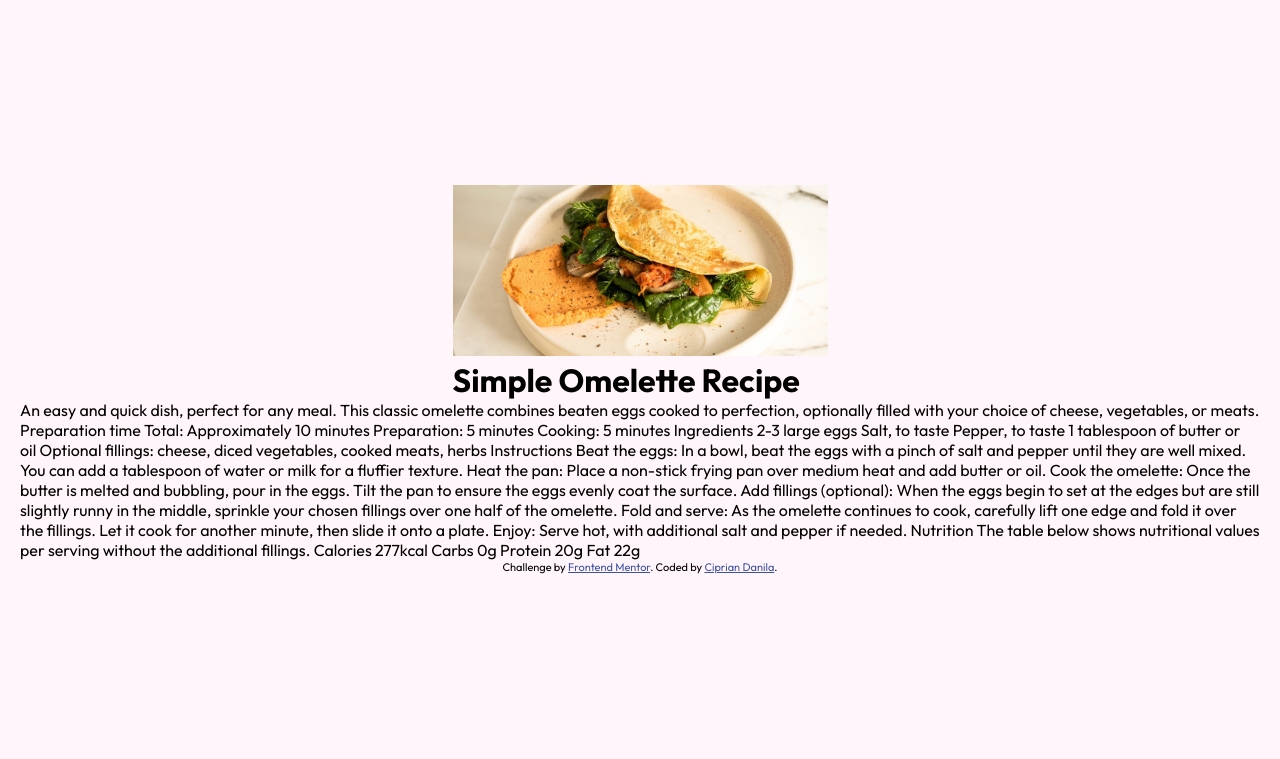
Repository: cipdanila/recipe-page
Page: index.html
An editor plug-in stored every save of this project. The page is shown before and after the next save, followed by the edit.
The browser window is 1280 px wide. The pictures show the whole page.

Above is the page before, as saved 2024-01-21 14:31:36.

### index.html
<!DOCTYPE html>
<html lang="en">
<head>
  <meta charset="UTF-8">
  <meta name="viewport" content="width=device-width, initial-scale=1.0"> <!-- displays site properly based on user's device -->

  <link rel="icon" type="image/png" sizes="32x32" href="./assets/images/favicon-32x32.png">
  <link rel="stylesheet" href="styles.css">

  <title>Frontend Mentor | Recipe page</title>

</head>
<body>
  <main>
    <div class="container">
      <img src="./assets/images//image-omelette.jpeg" alt="image-omlette">
      <h1>
        Simple Omelette Recipe
      </h1>
    </div>
  </main>

  An easy and quick dish, perfect for any meal. This classic omelette combines beaten eggs cooked
  to perfection, optionally filled with your choice of cheese, vegetables, or meats.

  Preparation time

  Total: Approximately 10 minutes
  Preparation: 5 minutes
  Cooking: 5 minutes

  Ingredients

  2-3 large eggs
  Salt, to taste
  Pepper, to taste
  1 tablespoon of butter or oil
  Optional fillings: cheese, diced vegetables, cooked meats, herbs

  Instructions

  Beat the eggs: In a bowl, beat the eggs with a pinch of salt and pepper until they are well mixed.
  You can add a tablespoon of water or milk for a fluffier texture.

  Heat the pan: Place a non-stick frying pan over medium heat and add butter or oil.

  Cook the omelette: Once the butter is melted and bubbling, pour in the eggs. Tilt the pan to ensure
  the eggs evenly coat the surface.

  Add fillings (optional): When the eggs begin to set at the edges but are still slightly runny in the
  middle, sprinkle your chosen fillings over one half of the omelette.

  Fold and serve: As the omelette continues to cook, carefully lift one edge and fold it over the
  fillings. Let it cook for another minute, then slide it onto a plate.

  Enjoy: Serve hot, with additional salt and pepper if needed.

  Nutrition

  The table below shows nutritional values per serving without the additional fillings.

  Calories
  277kcal

  Carbs
  0g

  Protein
  20g

  Fat
  22g
  <footer>
    <div class="attribution">
      Challenge by <a href="https://www.frontendmentor.io?ref=challenge" target="_blank" rel="noopener">Frontend Mentor</a>.
      Coded by <a href="https://github.com/cipdanila" target="_blank" rel="noopener noreferrer">Ciprian Danila</a>.
    </div>
  </footer>
</body>
</html>

### styles.css
@import url("https://fonts.googleapis.com/css2?family=Outfit:wght@400;600;700&family=Young+Serif&display=swap");

* {
    margin: 0;
    padding: 0;
    box-sizing: border-box;
}

:root {
    /* Primary Colors */
    --nutmeg: hsl(14, 45%, 36%);
    --dark-raspberry: hsl(332, 51%, 32%);
    /* Neutral Colors */
    --white: hsl(0, 0%, 100%);
    --rose-white: hsl(330, 100%, 98%);
    --eggshell: hsl(30, 54%, 90%);
    --light-grey: hsl(30, 18%, 87%);
    --wenge-brown: hsl(30, 10%, 34%);
    --dark-charcoal: hsl(24, 5%, 18%);
}

body {
    font-family: "Outfit", sans-serif;
    font-size: 16px;
    background-color: var(--rose-white);
    display: flex;
    flex-direction: column;
    align-items: center;
    justify-content: center;
    height: calc(100vh - 1px);
    margin: 1.25rem;
}

img {
    max-width: 100%;
}

.attribution {
    font-size: 11px;
    text-align: center;
}

.attribution a {
    color: hsl(228, 45%, 44%);
}

@media (min-width: 375px) {
    .container {
        width: 375px;
    }
}

After the next save:
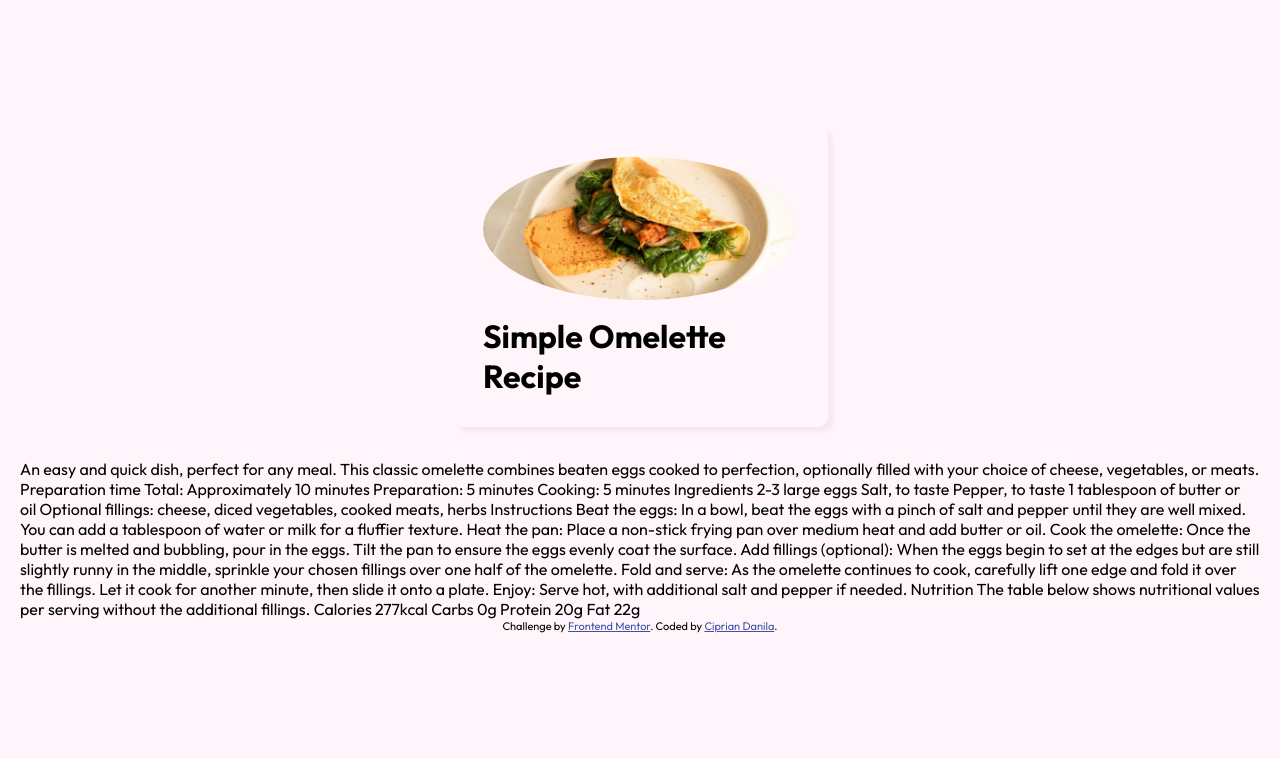
Saved 66 s later.
--- a/styles.css
+++ b/styles.css
@@ -35,6 +35,22 @@
     max-width: 100%;
 }
 
+.container {
+    background-color: var(--dark-grey);
+    padding: 1.90rem;
+    border-radius: 0.625rem;
+    box-shadow: 5px 5px 5px rgba(0, 0, 0, 0.05);
+    display: flex;
+    flex-direction: column;
+    align-items: center;
+    margin-bottom: 2rem;
+}
+
+.container img {
+    border-radius: 50%;
+    margin-bottom: 1rem;
+}
+
 .attribution {
     font-size: 11px;
     text-align: center;
